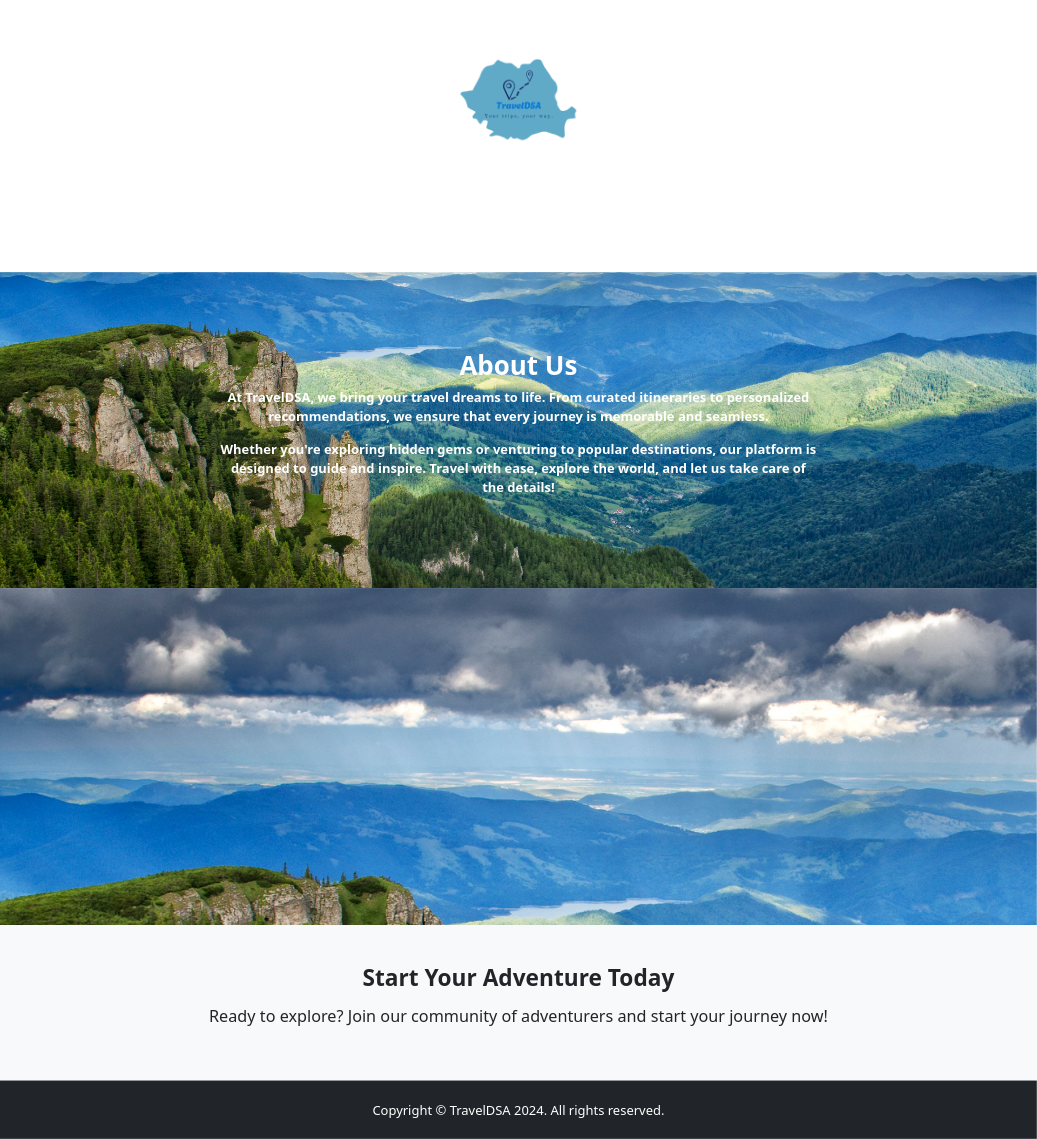
Repository: bettowww/TravelDSA
Page: /home
An editor plug-in stored every save of this project. The page is shown before and after the next save, followed by the edit.
The browser window is 1280 px wide. The pictures show the whole page, at 81% of full size.
The project was rebuilt for these pictures with package versions that can differ from the ones it lists, and the page was loaded fresh each time. The framework's server and built-in components were replaced by stand-ins that run in the browser. Also part of the build but not shown: next.config.mjs.

Above is the page before, as saved 2024-12-10 13:45:36.

After the next save:
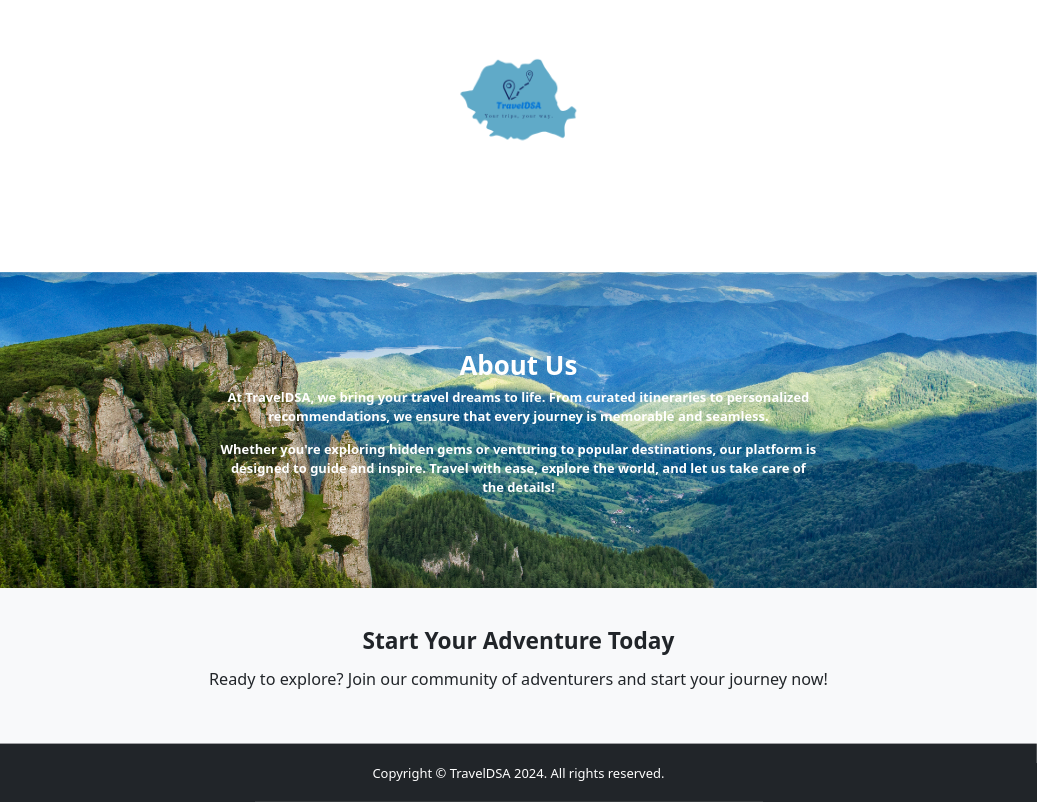
Saved 21 s later.
--- a/app/home/page.jsx
+++ b/app/home/page.jsx
@@ -58,15 +58,6 @@ const HomePage = () => {
         </div>
       </section>
 
-      {/* Image Showcase Section */}
-      <div
-        className="py-5 bg-image-full"
-        style={{
-          backgroundImage:  `url("/pictures/homepage.jpg")`,
-        }}
-      >
-        <div style={{ height: "20rem" }}></div>
-      </div>
 
       {/* Call to Action Section */}
       <section className="py-5 bg-light">
